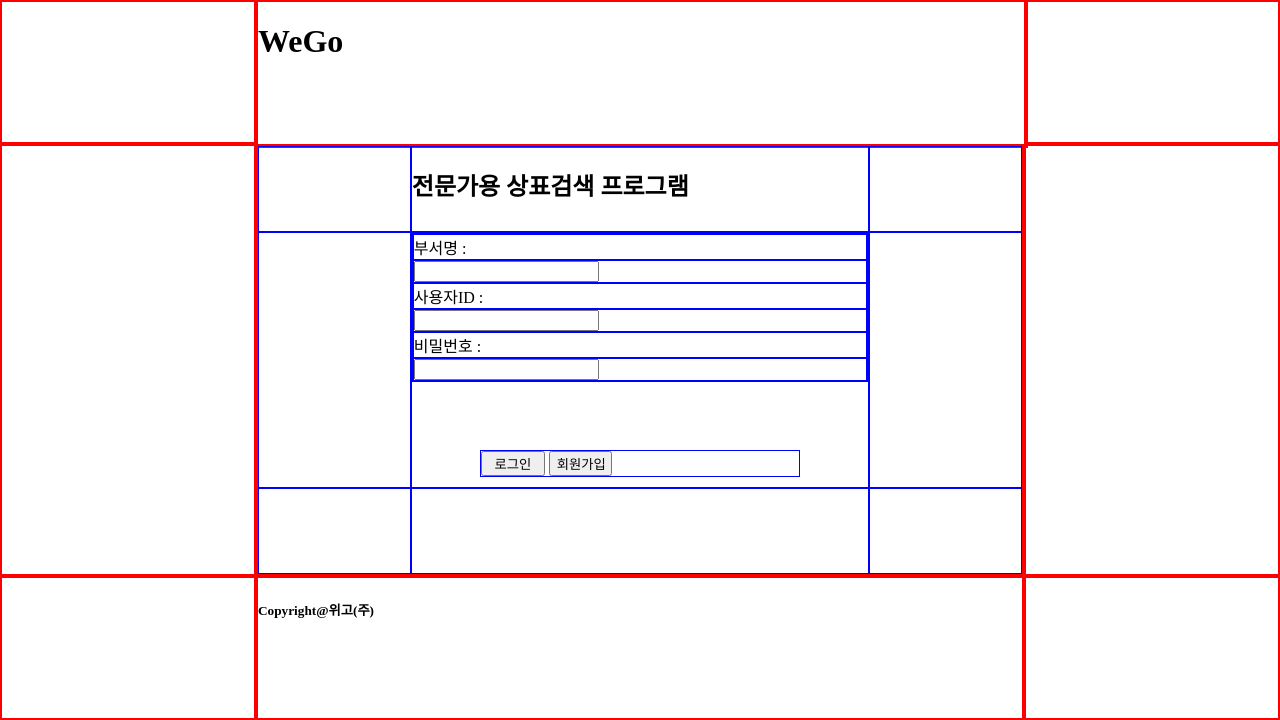
Repository: hamuse/wego1
Page: http://localhost/teamW1/facade.do
These files come from the project's save history. The page is drawn as it stood at one moment and after the next save; the edit follows.
The browser window is 1280 px wide. The pictures show the whole page.
Some web libraries are served in a nearby version. The page is served by Tomcat 9.

Above is the page before, as saved 2019-10-07 11:33:08.

After the next save:
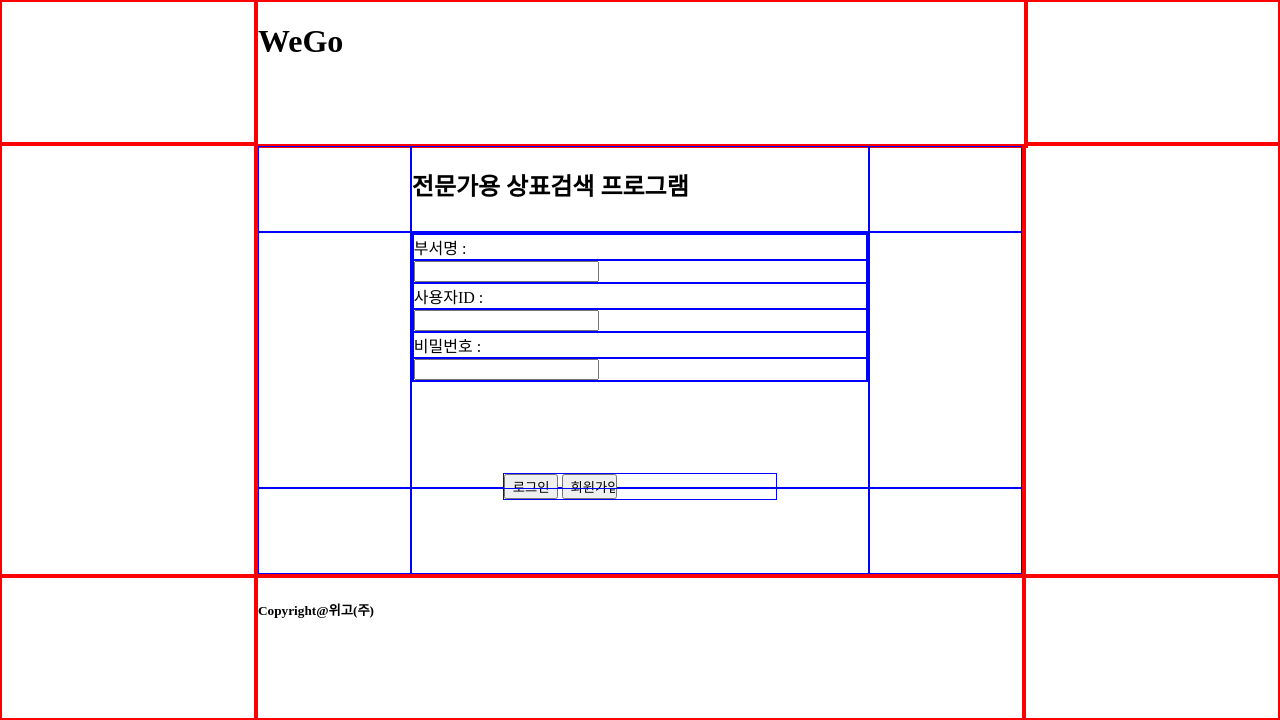
Saved 24 s later.
--- a/teamW1/WebContent/resources/css/style.css
+++ b/teamW1/WebContent/resources/css/style.css
@@ -47,7 +47,7 @@ html, body{
 	grid-template-rows: 33% 34% 33%;
 	grid-template-columns: 50% 50%;
 }
-#input_item{margin: 15% ;}
+#input_item{margin: 20% ;}
 #wego{width: 100%;height: 100%;}
 #login_btn{width: 20%; height: 20%}
 #join_btn{width: 20%; height: 20%}
